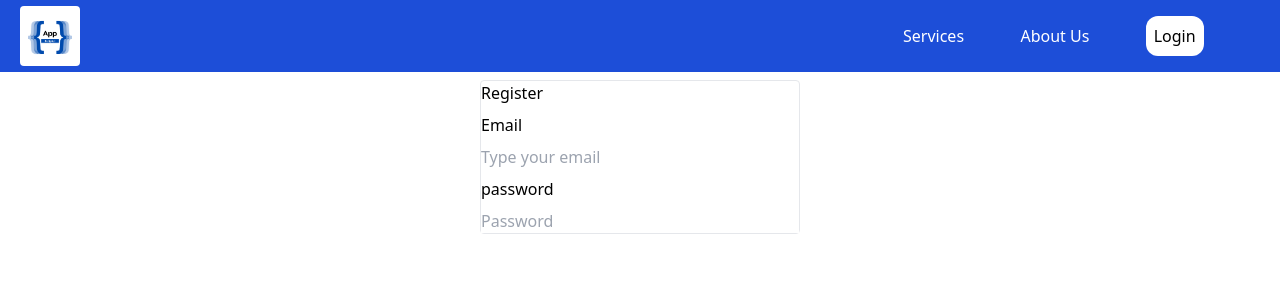
Repository: Cotizacionact/appscriptersvelte
Page: /Auth
An editor plug-in stored every save of this project. The page is shown before and after the next save, followed by the edit.
The browser window is 1280 px wide. The pictures show the whole page.
The page's requests for data from a server got no answer. The project was rebuilt for these pictures with package versions that can differ from the ones it lists, and the page was loaded fresh each time. The framework's server and built-in components were replaced by stand-ins that run in the browser. No one was signed in, and anything a server would have sent is missing. Also part of the build but not shown: svelte.config.js, vite.config.ts.

Above is the page before, as saved 2023-08-20 02:11:23.

### src/routes/+layout.svelte
<script>
	import PublicNav from "$lib/Public/Navegation/PublicNav.svelte";
    import "../app.css";
</script>
<PublicNav></PublicNav>
  <slot />

### src/routes/Auth/+page.svelte
<script lang="ts">
	import Register from "./register.svelte";
    import type {Component} from "$lib"

    let state:number = 0

    let StateHandler:{[key:number]:Component} = {
        0:Register
    }
</script>

<svelte:component this={StateHandler[state]}></svelte:component>

### src/routes/Auth/+page.server.ts
import { supabase } from "../../supabaseClient";
import { fail, redirect, type Actions } from "@sveltejs/kit";
import { AuthApiError } from "@supabase/supabase-js";




export const actions: Actions = {
    register:async ({request,locals})=>{
        const body = Object.fromEntries(await request.formData())
        const {data,error:err} = await supabase.auth.signUp({
            email:body.email as string,
            password:body.password as string
        })

        if(err){
            if(err instanceof AuthApiError && err.status === 400){
                return fail(400,{
                    error:"Invalid email or password"
                })
            }
            return fail(500, {error:"Server error. Please try again later."})
        }
        throw redirect(303, "/Private")
    }
};

### src/lib/Public/Navegation/PublicNav.svelte
<script>
    let show = false

</script>

<header class="w-full flex items-center justify-between bg-[#1d4ed8] p-5 h-[10vh]">
    <img src="/Images/Logo_Original.png" width={60} class="rounded bg-white p-2" alt="Logo"/>
    <div class=" hidden sm:flex w-1/3 justify-evenly text-white items-center">
        <p>Services</p>
        <p>About Us</p>
        <p class="bg-white text-black p-2 rounded-xl">Login</p>
    </div>
    <div class="space-y-2 border p-2 rounded sm:hidden">
      <div class="w-8 h-1 bg-white"></div>
      <div class="w-8 h-1 bg-white"></div>
      <div class="w-8 h-1 bg-white"></div>
    </div>
    {#if show=== true}
    <div class="absolute w-1/3 bg-white border right-0 bottom-[-100%] rounded p-2">
      <p class="border-b text-center hover:bg-gray-200 hover:rounded">Services</p>
      <p class="border-b text-center hover:bg-gray-200 hover:rounded">About Us</p>
      <p class="text-center bg-green-500 hover:bg-green-700 rounded font-bold text-white">Login</p>
    </div>
   {/if}
</header>

### src/routes/Auth/register.svelte
<script lang="ts">

</script>

<main class="flex justify-center">
    <form action="?/register" method="POST" class="flex flex-col md:w-1/4 border rounded my-2 space-y-2">
        <h1>Register</h1>
        <label for="email">Email</label>
        <input type="text" name="email" id="email" placeholder="Type your email"/>
        <label for="password">password</label>
        <input type="password" name="password" id="password" placeholder="Password"/>
    </form>
</main>

### src/supabaseClient.ts

import { PUBLIC_SUPABASE_ANON_KEY, PUBLIC_SUPABASE_URL } from '$env/static/public'
import { createClient } from '@supabase/supabase-js'

// Create a single supabase client for interacting with your database
export const supabase = createClient(PUBLIC_SUPABASE_URL, PUBLIC_SUPABASE_ANON_KEY)

Loaded but not shown: src/app.html (common file); src/app.css (common file); tailwind.config.js (common file)

After the next save:
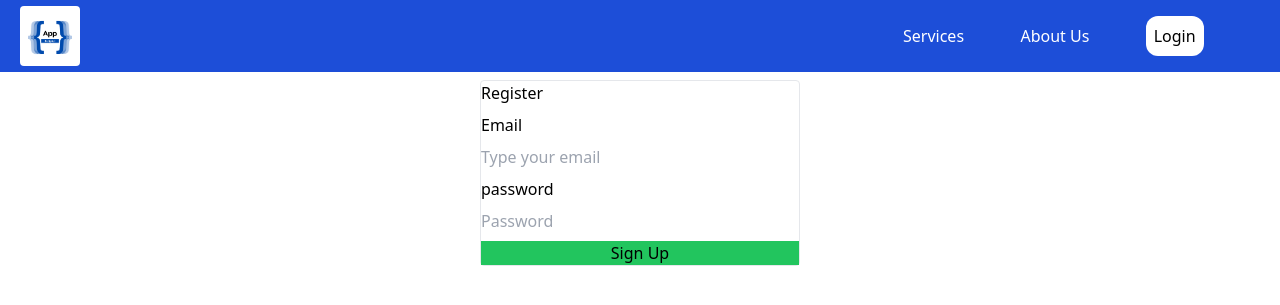
Saved 2 min 40 s later.
--- a/src/routes/Auth/register.svelte
+++ b/src/routes/Auth/register.svelte
@@ -9,5 +9,6 @@
         <input type="text" name="email" id="email" placeholder="Type your email"/>
         <label for="password">password</label>
         <input type="password" name="password" id="password" placeholder="Password"/>
+        <button class="bg-green-500">Sign Up</button>
     </form>
 </main>
